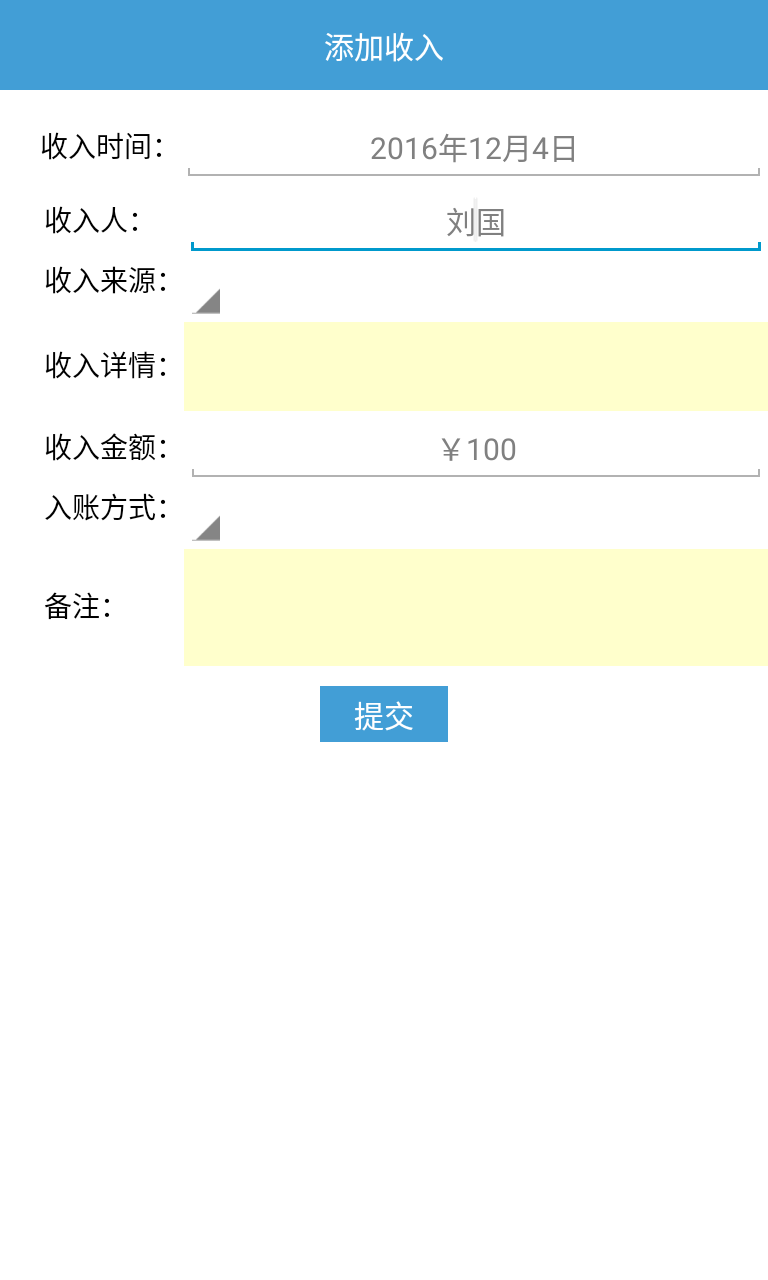
Repository: MySixGad/MyBill
Layout: Bill/Bill/res/layout/activity_inset_in_rmb.xml
These files come from the project's save history. The layout is drawn as it stood at one moment and after the next save; the edit follows.
It is drawn on a 768 x 1280 px phone screen (xhdpi) without system bars, with theme AppTheme; the app's code is not run.

Above is the layout before, as saved 2016-12-09 15:53:15.

After the next save:
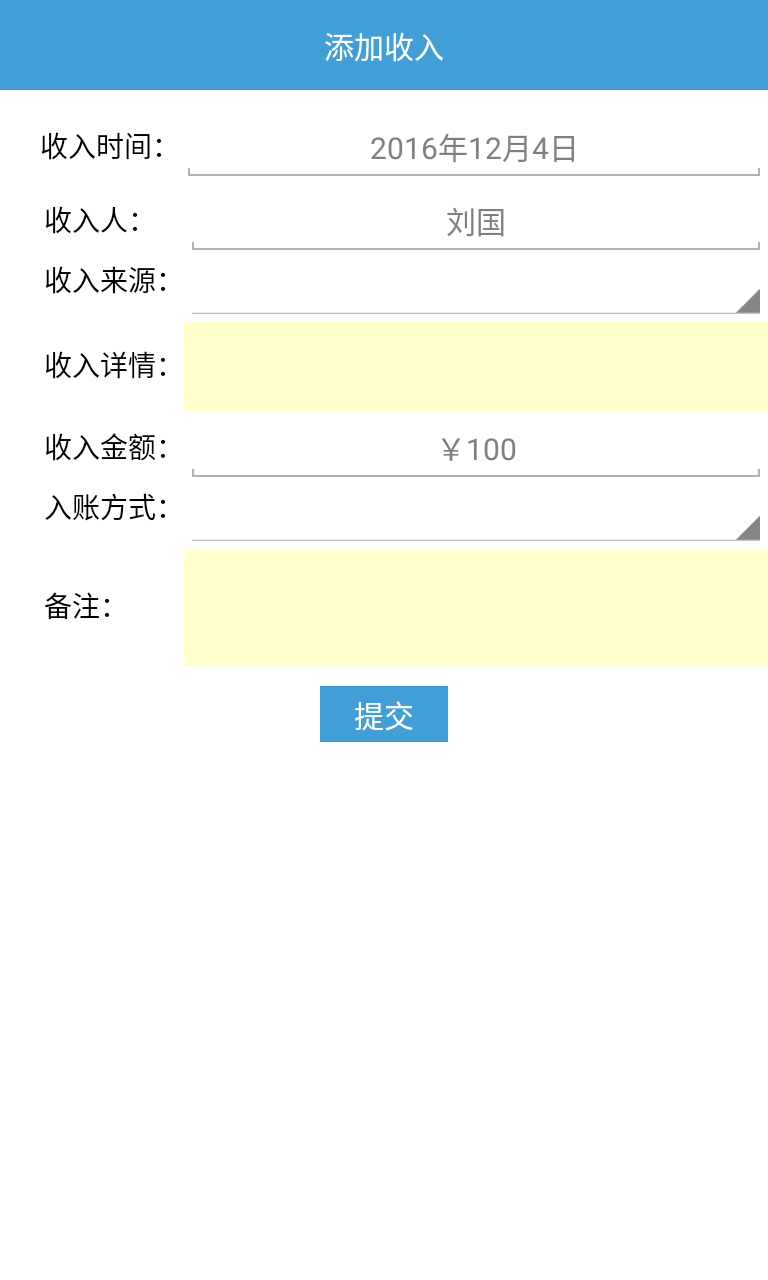
Saved 96 s later.
--- a/Bill/Bill/res/layout/activity_inset_in_rmb.xml
+++ b/Bill/Bill/res/layout/activity_inset_in_rmb.xml
@@ -39,8 +39,6 @@
                 android:inputType="textMultiLine"
                 android:textColor="#000"
                 android:textSize="15dp" >
-
-                <requestFocus />
             </EditText>
         </LinearLayout>
 
@@ -69,8 +67,6 @@
                 android:inputType="textMultiLine"
                 android:textColor="#000"
                 android:textSize="15dp" >
-
-                <requestFocus />
             </EditText>
         </LinearLayout>
 
@@ -90,7 +86,7 @@
 
             <Spinner
                 android:id="@+id/in_sos"
-                android:layout_width="wrap_content"
+                android:layout_width="match_parent"
                 android:layout_height="wrap_content" />
         </LinearLayout>
 
@@ -160,7 +156,7 @@
 
             <Spinner
                 android:id="@+id/in_way"
-                android:layout_width="wrap_content"
+                android:layout_width="match_parent"
                 android:layout_height="wrap_content" />
         </LinearLayout>
 
